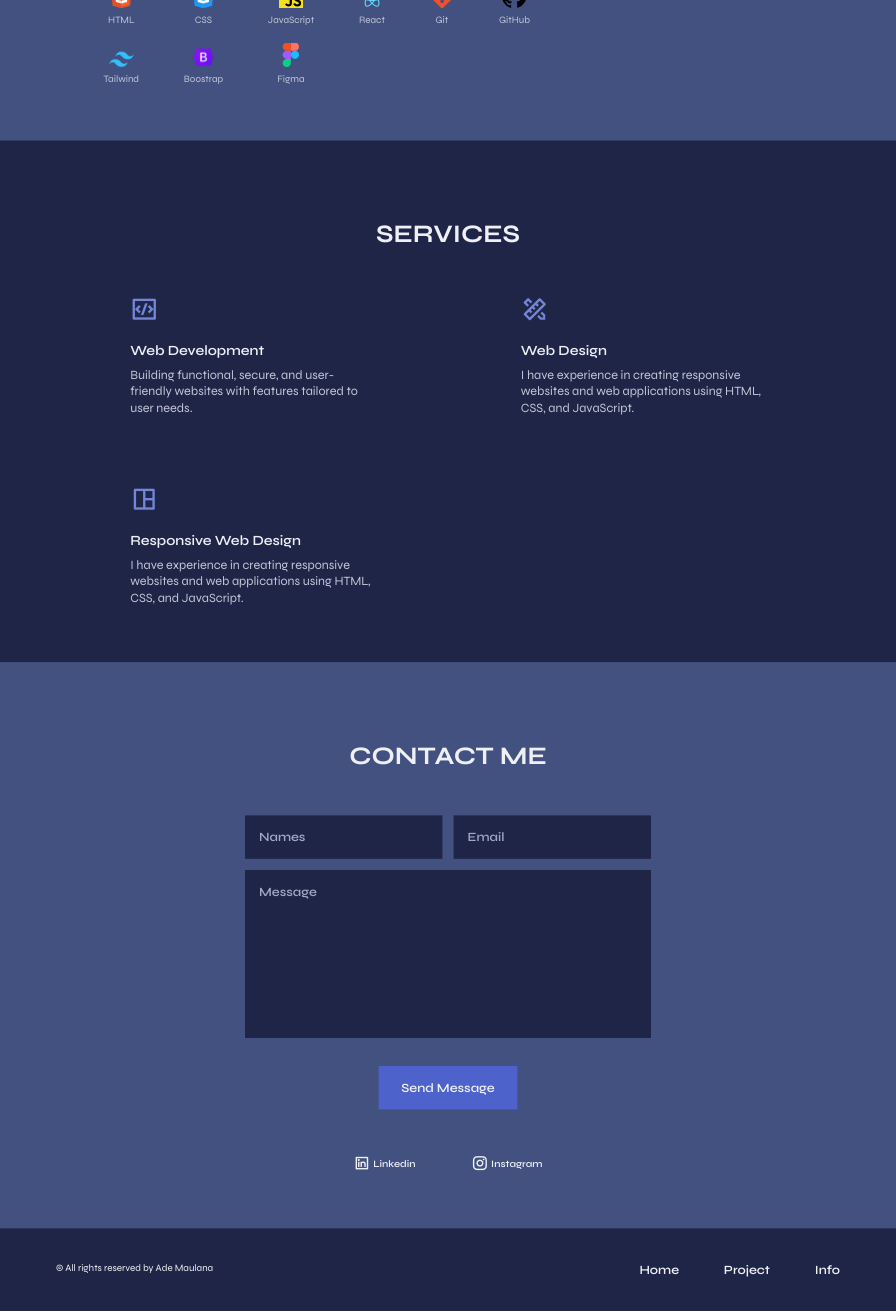
Repository: Ademaulana100499/portofolio
Page: index.html
An editor plug-in stored every save of this project. The page is shown before and after the next save, followed by the edit.
The browser window is 1280 px wide. The pictures show the part of the page from y = 4407 to 6327 px (the page is 6280 px tall before and 6327 px after), at 70% of full size.
A picture or video elsewhere on the page could not be fetched, so the positions and the page height are approximate. Some web fonts or font styles are not loaded; a fallback is used.

Above is the page before, as saved 2024-12-02 13:16:05.

### index.html
<!DOCTYPE html>
<html lang="en">
  <head>
    <meta charset="UTF-8" />
    <meta name="viewport" content="width=device-width, initial-scale=1.0" />
    <title>AMgrowth</title>
    <link rel="shortcut icon" href="assets/img/Favicon.png" />
    <link
      href="https://cdn.jsdelivr.net/npm/remixicon/fonts/remixicon.css"
      rel="stylesheet"
    />
    <link rel="stylesheet" href="assets/css/style.css" />
  </head>
  <body>
    <!-- HEADER -->
    <header class="header" id="header">
      <nav class="nav container">
        <a href="#" class="nav__logo">
          <img
            src="assets/img/Logo White.png"
            alt="logo"
            class="nav__logo-img"
          />AMgrowth</a
        >
        <div class="nav__menu" id="nav-menu">
          <ul class="nav__list">
            <li>
              <a href="#home" class="nav__link active-link">Home</a>
            </li>
            <li>
              <a href="#project" class="nav__link">Project</a>
            </li>
            <li>
              <a href="#info" class="nav__link">My Info</a>
            </li>
            <li>
              <a href="#services" class="nav__link">Services</a>
            </li>
            <li>
              <a href="#contact" class="nav__link">Contact Me</a>
            </li>
          </ul>
          <!-- Close Button -->
          <div class="nav__close" id="nav-close">
            <i class="ri-close-line"></i>
          </div>
        </div>

        <!-- Toggle Button -->
        <div class="nav__toggle" id="nav-toggle">
          <i class="ri-menu-line"></i>
        </div>
      </nav>
    </header>

    <!-- MAIN -->
    <main class="main" id="main">
      <!-- HOME -->
      <section class="home section" id="home">
        <div class="home__container container grid">
          <img src="assets/img/Photo.png" alt="image" class="home__img" />
          <div class="home__data">
            <h1 class="home__name">
              Ade <br />
              Maulana
            </h1>
            <h3 class="home__profession">Front-End Developer</h3>
          </div>
          <a href="#project" class="home__scroll">
            <div class="home__scroll-box">
              <i class="ri-arrow-down-line"></i>
            </div>
            <span class="home__scroll-text">Recent Project</span>
          </a>
        </div>
      </section>
      <!-- PROJECT -->
      <section class="project section" id="project">
        <h2 class="section__title">RECENT PROJECT</h2>
        <div class="project__container container grid">
          <article class="project__card">
            <a href="#" target="_blank" class="project__overlay"></a
            ><a href="#" target="_blank" class="project__link">
              <h2 class="project__title">To-Do List Website</h2>
              <p class="project__description">
                This To-Do List web application features a simple interface and
                dynamic functionality to help users manage their daily tasks
                with ease.
              </p>
              <img
                src="assets/img/to-do-list-web.png"
                alt="image"
                class="project__img"
              />
              <i class="ri-arrow-right-line"> </i>
            </a>
          </article>
          <article class="project__card">
            <a href="#" target="_blank" class="project__overlay"></a
            ><a href="#" target="_blank" class="project__link">
              <h2 class="project__title">Cafe Website</h2>
              <p class="project__description">
                This Cafe website provides an interactive platform for users to
                explore the menu, place orders, and learn more about the cafe’s
                offerings and services.
              </p>
              <img
                src="assets/img/cafe web.jpg"
                alt="image"
                class="project__img"
              />
              <i class="ri-arrow-right-line"> </i>
            </a>
          </article>
          <article class="project__card">
            <a href="#" target="_blank" class="project__overlay"></a
            ><a href="#" target="_blank" class="project__link">
              <h2 class="project__title">Movie Website</h2>
              <p class="project__description">
                This Movie website allows users to browse and discover a variety
                of movies, view details, and explore ratings and reviews.
              </p>
              <img
                src="assets/img/movies web.png"
                alt="image"
                class="project__img"
              />
              <i class="ri-arrow-right-line"> </i>
            </a>
          </article>
          <article class="project__card">
            <a href="#" target="_blank" class="project__overlay"></a
            ><a href="#" target="_blank" class="project__link">
              <h2 class="project__title">Blog Website</h2>
              <p class="project__description">
                This Blog website offers a platform for users to read, share,
                and comment on various articles, fostering a community of
                discussion and knowledge sharing.
              </p>
              <img
                src="assets/img/blog web.jpg"
                alt="image"
                class="project__img"
              />
              <i class="ri-arrow-right-line"> </i>
            </a>
          </article>
          <article class="project__card">
            <a href="#" target="_blank" class="project__overlay"></a
            ><a href="#" target="_blank" class="project__link">
              <h2 class="project__title">Fitness Website</h2>
              <p class="project__description">
                This Fitness website provides users with workout plans,
                nutrition tips, and progress tracking to help them achieve their
                fitness goals.
              </p>
              <img
                src="assets/img/fittnes web.avif"
                alt="image"
                class="project__img"
              />
              <i class="ri-arrow-right-line"> </i>
            </a>
          </article>
        </div>
      </section>
      <!-- INFO -->
      <section class="info section" id="info">
        <h2 class="section__title">MY INFO</h2>
        <div class="info__container container grid">
          <!-- ABOUT -->
          <div class="about grid">
            <div class="about__content">
              <h3 class="info__title">About Me</h3>
              <p class="about__description">
                I am a <b>Front-End Web Developer</b> skilled in creating
                responsive and interactive web interfaces using <b>HTML</b>,
                <b>CSS</b>, and <b>JavaScript</b>. Experienced with
                <b>React.js</b>, I strive to deliver creative and functional
                solutions to enhance user experience.
              </p>
              <a
                href="assets/pdf/CV Ade Maulana.pdf"
                download="CV Ade Maulana.pdf"
                target="_blank"
                class="button about__button"
                >Download CV</a
              >
            </div>

            <img src="assets/img/Photo2.png" alt="image" class="about__img" />
          </div>
          <!-- EXPERIENCE -->
          <div class="experience">
            <h3 class="info__title">Experience</h3>
            <div class="experience__content grid">
              <div class="experience__data grid">
                <h2 class="experience__company">
                  PT. Victory Chingluh Indonesia
                </h2>
                <div>
                  <h3 class="experience__professsion">Shipping Officer</h3>
                  <span class="experience__date">12/2018 - 07/2024</span>
                  <p class="experience__description">
                    Experienced in managing delivery orders with high accuracy
                    using Excel, monitoring stock through SAP, and improving
                    operational efficiency and delivery coordination, with
                    skills in logistics management, inventory, and effective
                    communication.
                  </p>
                </div>
              </div>
              <div class="experience__data grid">
                <h2 class="experience__company">
                  PT Midi Utama Indonesia, Tbk
                </h2>
                <div>
                  <h3 class="experience__professsion">Sales Assistant</h3>
                  <span class="experience__date">06/2018 - 12/2018</span>
                  <p class="experience__description">
                    Experienced in delivering excellent customer service,
                    providing clear product information, and staying updated on
                    new products and promotions to boost customer satisfaction
                    and engagement. Skilled in promoting products and exceeding
                    sales targets through proactive interactions and
                    recommendations, with a focus on teamwork and adaptability.
                  </p>
                </div>
              </div>
              <div class="experience__data grid">
                <h2 class="experience__company">CV Radjawali</h2>
                <div>
                  <h3 class="experience__professsion">Printing Operator</h3>
                  <span class="experience__date">07/2017 - 05/2018</span>
                  <p class="experience__description">
                    Experienced in accurately preparing print files, ensuring
                    consistent print quality, and reducing the need for
                    reprints. Skilled in maintaining printing machines to
                    enhance operational efficiency, minimize downtime, and boost
                    productivity.
                  </p>
                </div>
              </div>
            </div>
          </div>
          <!-- SKILLS -->
          <div class="skills">
            <h3 class="info__title">Skills</h3>
            <div class="skills__content grid">
              <div class="skills__box">
                <img
                  src="assets/img/html.svg"
                  alt="image"
                  class="skills__img"
                />
                <span class="skills__name">HTML</span>
              </div>
              <div class="skills__box">
                <img src="assets/img/css.svg" alt="image" class="skills__img" />
                <span class="skills__name">CSS</span>
              </div>
              <div class="skills__box">
                <img
                  src="assets/img/javascript.svg"
                  alt="image"
                  class="skills__img"
                />
                <span class="skills__name">JavaScript</span>
              </div>
              <div class="skills__box">
                <img
                  src="assets/img/react.svg"
                  alt="image"
                  class="skills__img"
                />
                <span class="skills__name">React</span>
              </div>
              <div class="skills__box">
                <img src="assets/img/git.svg" alt="image" class="skills__img" />
                <span class="skills__name">Git</span>
              </div>
              <div class="skills__box">
                <img
                  src="assets/img/github.svg"
                  alt="image"
                  class="skills__img"
                />
                <span class="skills__name">GitHub</span>
              </div>
              <div class="skills__box">
                <img
                  src="assets/img/tailwind.png"
                  alt="image"
                  class="skills__img"
                />
                <span class="skills__name">Tailwind</span>
              </div>
              <div class="skills__box">
                <img
                  src="assets/img/bootstrap.png"
                  alt="image"
                  class="skills__img"
                />
                <span class="skills__name">Boostrap</span>
              </div>
              <div class="skills__box">
                <img
                  src="assets/img/figma.svg"
                  alt="image"
                  class="skills__img"
                />
                <span class="skills__name">Figma</span>
              </div>
            </div>
          </div>
        </div>
      </section>
      <!-- SERVICES -->
      <section class="services section" id="services">
        <h2 class="section__title">SERVICES</h2>
        <div class="services__container container grid">
          <article class="services__card">
            <i class="ri-code-box-line services__icon"></i>
            <h3 class="services__title">Web Development</h3>
            <p class="services__description">
              Building functional, secure, and user-friendly websites with
              features tailored to user needs.
            </p>
          </article>
          <article class="services__card">
            <i class="ri-pencil-ruler-2-line services__icon"></i>
            <h3 class="services__title">Web Design</h3>
            <p class="services__description">
              I have experience in creating responsive websites and web
              applications using HTML, CSS, and JavaScript.
            </p>
          </article>
          <article class="services__card">
            <i class="ri-layout-2-line services__icon"></i>
            <h3 class="services__title">Responsive Web Design</h3>
            <p class="services__description">
              I have experience in creating responsive websites and web
              applications using HTML, CSS, and JavaScript.
            </p>
          </article>
        </div>
      </section>
      <!-- CONTACT -->
      <section class="contact section" id="contact">
        <h2 class="section__title">CONTACT ME</h2>
        <div class="contact__container container grid">
          <form action="" class="contact__form grid" id="contact-form">
            <div class="contact__group grid">
              <input
                type="text"
                name="user_name"
                placeholder="Names"
                class="contact__input"
              />
              <input
                type="email"
                name="user_email"
                placeholder="Email"
                class="contact__input"
              />
            </div>
            <textarea
              name="user_message"
              placeholder="Message"
              required
              class="contact__input contact__area"
              id=""
            ></textarea>
            <button class="button contact__button">Send Message</button>
            <p class="contact__message" id="contact-message"></p>
          </form>

          <div class="contact__social grid">
            <a
              href="https://www.linkedin.com/in/ademaulana-/"
              target="_blank"
              class="contact__social-link"
            >
              <i class="ri-linkedin-box-line"></i>
              <span>Linkedin</span>
            </a>
            <a
              href="https://www.instagram.com/ade_maulana._/"
              target="_blank"
              class="contact__social-link"
            >
              <i class="ri-instagram-line"></i>
              <span>Instagram</span>
            </a>
          </div>
        </div>
      </section>
    </main>

    <!-- FOOTER -->
    <footer class="footer" id="footer">
      <div class="footer__container container grid">
        <ul class="footer__links">
          <li>
            <a href="#home" class="footer__link">Home</a>
          </li>
          <li>
            <a href="#project" class="footer__link">Project</a>
          </li>
          <li>
            <a href="#info" class="footer__link">Info</a>
          </li>
        </ul>
        <span class="footer__copy">
          &#169; All rights reserved by Ade Maulana
        </span>
      </div>
    </footer>
    <!-- SCROLL UP -->
    <a href="#" class="scrollup" id="scroll-up">
      <i class="ri-arrow-up-line"></i>
    </a>
    <!-- SCROLLREVEAL -->
    <script src="assets/js/scrollreveal.min.js"></script>
    <!-- EMAIL JS -->
    <script src="https://cdn.jsdelivr.net/npm/@emailjs/browser@4/dist/email.min.js"></script>

    <!-- MAIN JS -->
    <script src="assets/js/main.js"></script>
  </body>
</html>

Loaded but not shown: assets/js/scrollreveal.min.js (library); assets/js/main.js (107 lines, source omitted); assets/css/style.css (802 lines, source omitted)

After the next save:
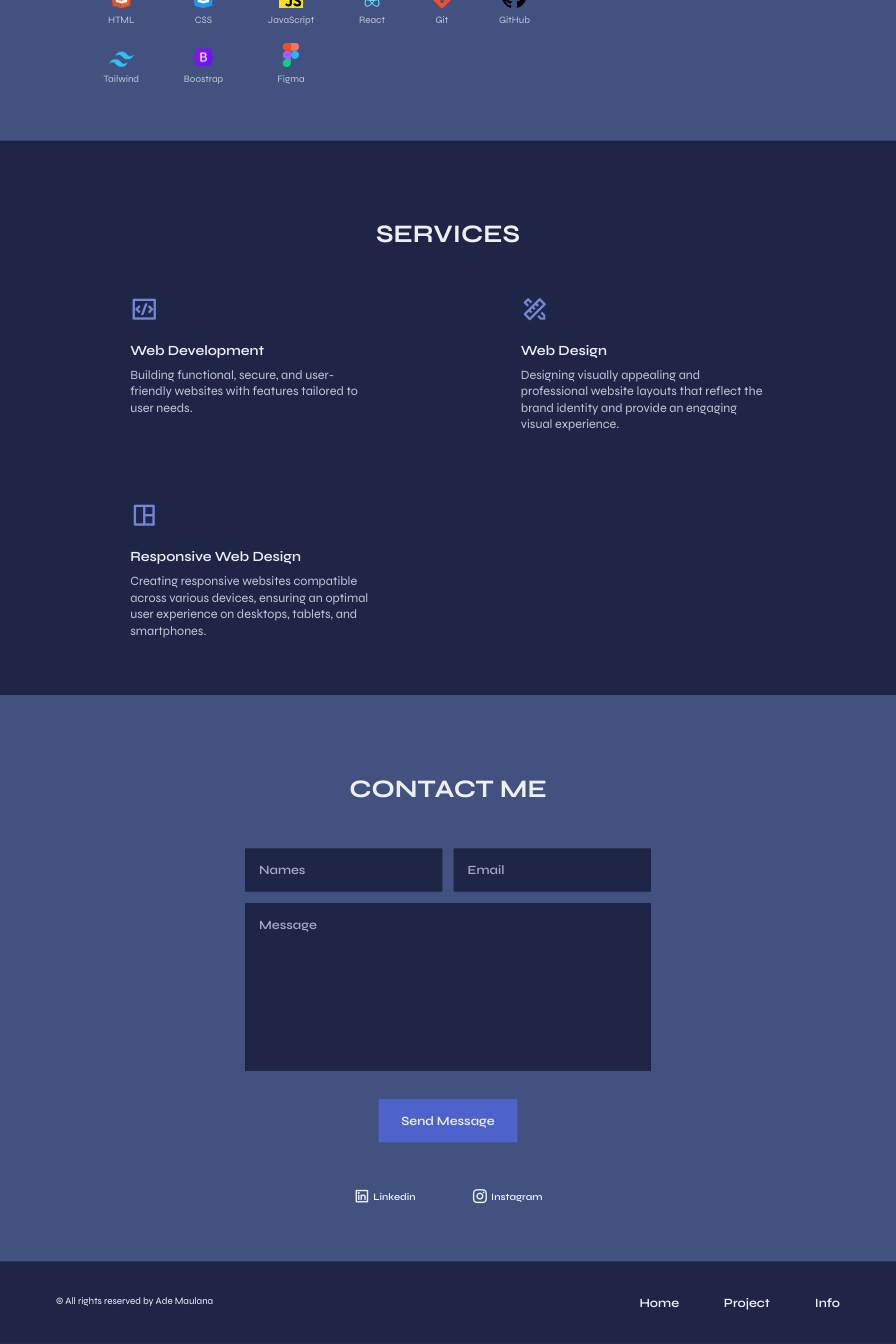
Saved 43 s later.
--- a/index.html
+++ b/index.html
@@ -331,16 +331,18 @@
             <i class="ri-pencil-ruler-2-line services__icon"></i>
             <h3 class="services__title">Web Design</h3>
             <p class="services__description">
-              I have experience in creating responsive websites and web
-              applications using HTML, CSS, and JavaScript.
+              Designing visually appealing and professional website layouts that
+              reflect the brand identity and provide an engaging visual
+              experience.
             </p>
           </article>
           <article class="services__card">
             <i class="ri-layout-2-line services__icon"></i>
             <h3 class="services__title">Responsive Web Design</h3>
             <p class="services__description">
-              I have experience in creating responsive websites and web
-              applications using HTML, CSS, and JavaScript.
+              Creating responsive websites compatible across various devices,
+              ensuring an optimal user experience on desktops, tablets, and
+              smartphones.
             </p>
           </article>
         </div>
